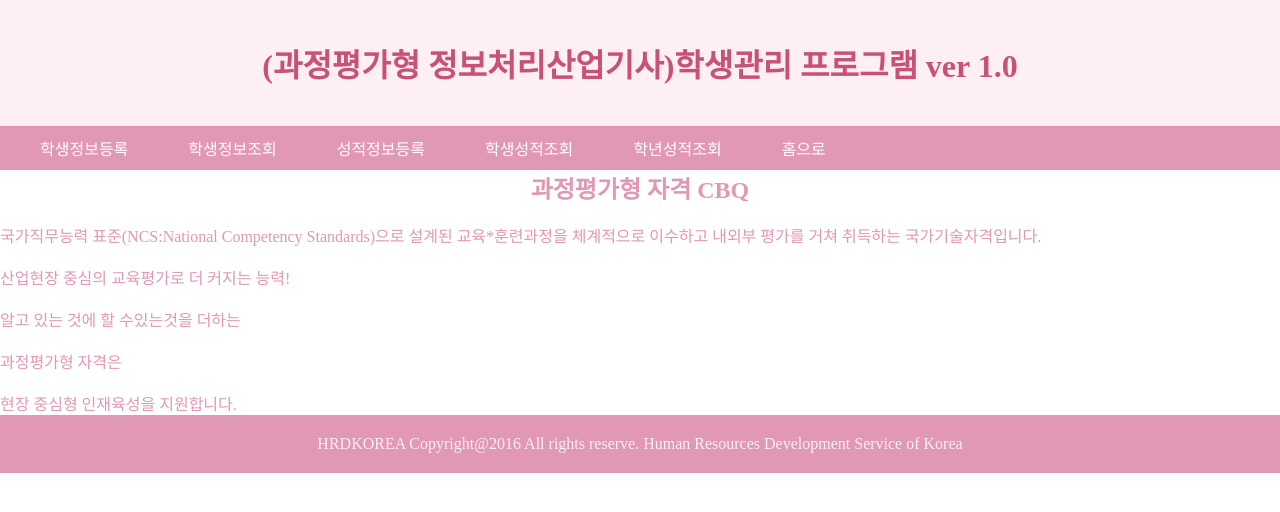
Repository: SeolhwaPark/JSL40_HRDKOREA
Page: http://localhost/HRD_0428_02/
An editor plug-in stored every save of this project. The page is shown before and after the next save, followed by the edit.
The browser window is 1280 px wide. The pictures show the whole page.
The page is served by Tomcat 9.

Above is the page before, as saved 2020-04-29 03:59:14.

After the next save:
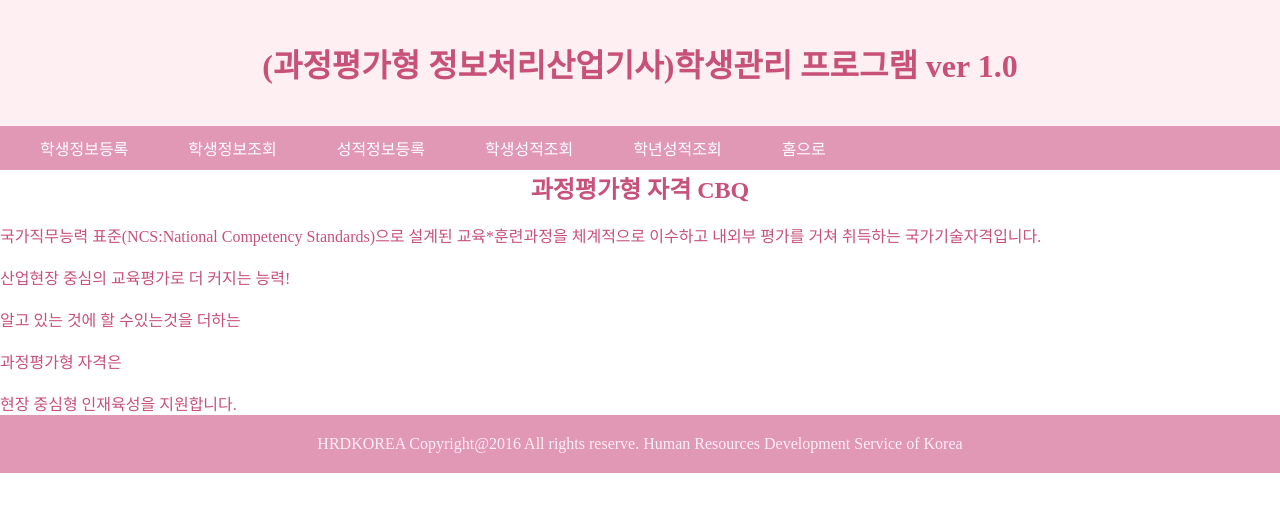
Saved 29 s later.
--- a/HRD_0428_02/WebContent/index.jsp
+++ b/HRD_0428_02/WebContent/index.jsp
@@ -17,11 +17,11 @@
 .navi ul, li{padding:0 10px;float:left;list-style:none}
 a{padding:20px;text-decoration:none; color:#fff}
 
-.section{color:#e198b4}
+.section{color:#c85179;}
 .title{text-align:center;}
 .content{margin:0 auto}
 .content table{margin:0 auto}
-.content table th, td{text-align:center;color:#fdeff2; border: 1px solid #e198b4}
+.content table th, td{text-align:center;color:#c85179; border: 1px solid #e198b4}
 .btn_group{text-align:center;}
 
 .footer{padding:20px 0;background-color:#e198b4}
